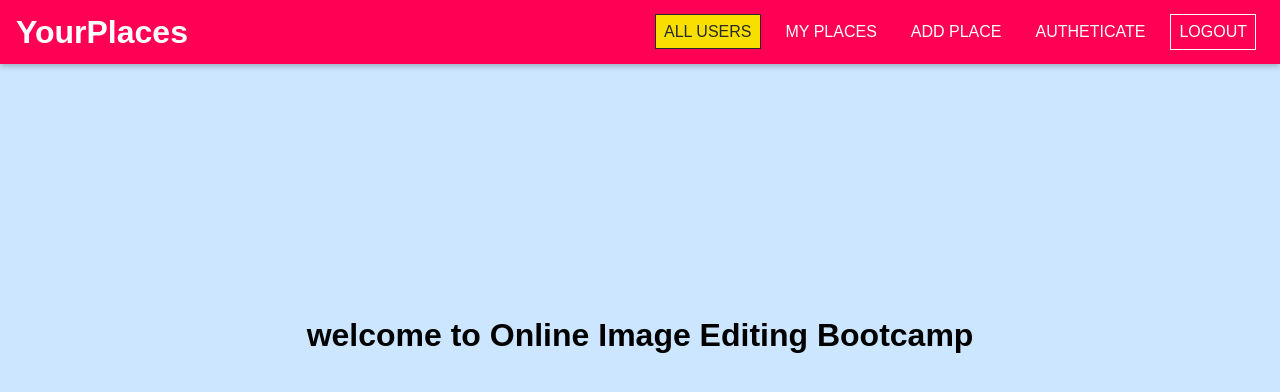
Repository: TanviSanyal/ImageEditingBootcamp
Page: /
These files come from the project's save history. The page is drawn as it stood at one moment and after the next save; the edit follows.
The browser window is 1280 px wide. The pictures show the whole page.
The project was rebuilt for these pictures with package versions that can differ from the ones it lists, and the page was loaded fresh each time. Also part of the build but not shown: src/shared/components/navigation/SideDrawer.css, src/shared/components/UIElements/Backdrop.css, src/shared/components/UIElements/Backdrop.js.

Above is the page before, as saved 2020-09-26 22:17:30.

### public/index.html
<!DOCTYPE html>
<html lang="en">
  <head>
    <meta charset="utf-8" />
    <link rel="icon" href="%PUBLIC_URL%/favicon.ico" />
    <meta name="viewport" content="width=device-width, initial-scale=1" />
    <meta name="theme-color" content="#000000" />
    <meta
      name="description"
      content="Web site created using create-react-app"
    />
    <link rel="apple-touch-icon" href="%PUBLIC_URL%/logo192.png" />
    <link rel="manifest" href="%PUBLIC_URL%/manifest.json" />
    <title>React App</title>
  </head>
  <body>
    <noscript>You need to enable JavaScript to run this app.</noscript>
    <div id="backdrop-hook"></div>
    <div id="modal-hook"></div>
    <div id="drawer-hook"></div>
    <div id="root"></div>
  </body>
</html>

### src/index.css
@import url('https://fonts.googleapis.com/css?family=Open+Sans:400,700&display=swap');

* {
  box-sizing: border-box;
}

html {
  font-family:Arial, Helvetica, sans-serif;
	font-weight:normal;
}

body {
  margin: 0;
  background: #cce6ff;
}

### src/App.js
import React from 'react';
import {
  BrowserRouter as Router,
  Route,
  Redirect,
  Switch
} from 'react-router-dom';
import './App.css'
import MainNavigation from '../src/shared/components/navigation/MainNavigation';


const App = () => {

  // <Switch>
  //   <Route path="/" exact>
  //     {/* <Users /> */}
  //   </Route>
  //   <Route path="/:userId/places" exact>
  //     {/* <UserPlaces /> */}
  //   </Route>
  //   <Route path="/places/new" exact>
  //     {/* <NewPlace /> */}
  //   </Route>
  //   <Route path='/places/:placeId'>
  //     {/* <UpdatePlace /> */}
  //   </Route>
  //   <Redirect to="/" />
  // </Switch>

  return (
    <Router>
      <MainNavigation />
      <main className="main-body">
        <h1 className="welcome-text">welcome to Online Image Editing Bootcamp</h1>
      </main>
    </Router>
  );
};

export default App;

### src/App.css
main {
  text-align: center;
  align-items: center;
  padding-top: 30vh;
}

### src/shared/components/navigation/MainNavigation.js
import React, { useState } from 'react';
import { Link } from 'react-router-dom';

import MainHeader from './MainHeader';
import NavLinks from './NavLinks';
import SideDrawer from './SideDrawer';
import Backdrop from '../UIElements/Backdrop';
import './MainNavigation.css';

const MainNavigation = props => {
  const [drawerIsOpen, setDrawerIsOpen] = useState(false);

  const openDrawerHandler = () => {
    setDrawerIsOpen(true);
  };

  const closeDrawerHandler = () => {
    setDrawerIsOpen(false);
  };

  return (
    <React.Fragment>
      {drawerIsOpen && <Backdrop onClick={closeDrawerHandler} />}
      <SideDrawer show={drawerIsOpen} onClick={closeDrawerHandler}>
        <nav className="main-navigation__drawer-nav">
          <NavLinks />
        </nav>
      </SideDrawer>

      <MainHeader>
        <button className="main-navigation__menu-btn" onClick={openDrawerHandler}>
          <span />
          <span />
          <span />
        </button>
        <h1 className="main-navigation__title">
          <Link to="/">YourPlaces</Link>
        </h1>
        <nav className="main-navigation__header-nav">
          <NavLinks />
        </nav>
      </MainHeader>
    </React.Fragment>
  );
};

export default MainNavigation;

### src/shared/components/navigation/MainHeader.js
import React from 'react';

import './MainHeader.css';

const MainHeader = props => {
  return <header className="main-header">{props.children}</header>;
};

export default MainHeader;

### src/shared/components/navigation/NavLinks.js
import React,{useContext} from 'react';
import './NavLinks.css';
import {NavLink} from 'react-router-dom';
// import {AuthContext} from '../../context/auth-context';

const NavLinks = props => {

    // const auth = useContext(AuthContext);
    return(
        <ul className="nav-links">
            <li>
                <NavLink to="/" exact>ALL USERS</NavLink>
            </li>
           <li>
                <NavLink to="/u1/places">MY PLACES</NavLink>
            </li>
           <li>
                <NavLink to="/places/new">ADD PLACE</NavLink>
            </li>
            <li>
                <NavLink to="/auth">AUTHETICATE</NavLink>
            </li>
             <li><button >LOGOUT</button></li>
        </ul>
    );
};

export default NavLinks;

### src/shared/components/navigation/MainNavigation.css
.main-navigation__menu-btn {
    width: 3rem;
    height: 3rem;
    background: transparent;
    border: none;
    display: flex;
    flex-direction: column;
    justify-content: space-around;
    margin-right: 2rem;
    cursor: pointer;
  }

  .main-navigation__menu-btn span {
    display: block;
    width: 3rem;
    height: 2.5px;
    background: white;
  }

  .main-navigation__title {
    color: white;
  }

  .main-navigation__title a {
    text-decoration: none;
    color: white;
  }

  .main-navigation__header-nav {
    display: none;
  }

  .main-navigation__drawer-nav {
    height: 100%;
  }

  @media (min-width: 768px) {
    .main-navigation__menu-btn {
      display: none;
    }

    .main-navigation__header-nav {
      display: block;
    }
  }

### src/shared/components/navigation/NavLinks.css
.nav-links {
    list-style: none;
    margin: 0;
    padding: 0;
    width: 100%;
    height: 100%;
    display: flex;
    flex-direction: column;
    justify-content: center;
    align-items: center;
  }

  .nav-links li {
    margin: 1rem;
  }

  .nav-links a {
    border: 1px solid transparent;
    color: #292929;
    text-decoration: none;
    padding: 0.5rem;
  }

  .nav-links a:hover,
  .nav-links a:active,
  .nav-links a.active {
    background: #f8df00;
    border-color: #292929;
    color: #292929;
  }

  .nav-links button {
    cursor: pointer;
    border: 1px solid #292929;
    color: #292929;
    background: transparent;
    padding: 0.5rem;
    font: inherit;
  }

  .nav-links button:focus {
    outline: none;
  }

  .nav-links button:hover,
  .nav-links button:active {
    background: #292929;
    color: white;
  }

  @media (min-width: 768px) {
    .nav-links {
      flex-direction: row;
    }

    .nav-links li {
      margin: 0 0.5rem;
    }

    .nav-links a {
      color: white;
      text-decoration: none;
    }

    .nav-links button {
      border: 1px solid white;
      color: white;
      background: transparent;
    }

    .nav-links button:hover,
    .nav-links button:active {
      background: #f8df00;
      color: #292929;
    }
  }

Loaded but not shown: src/index.js (common file); src/shared/components/navigation/SideDrawer.js (common file); src/shared/components/navigation/MainHeader.css (common file)

After the next save:
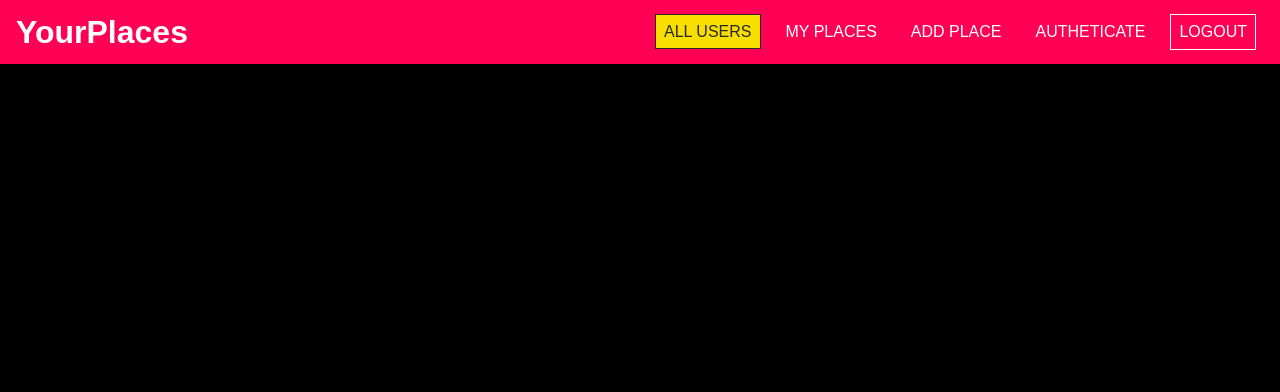
Saved 24 min 46 s later.
--- a/src/index.css
+++ b/src/index.css
@@ -11,5 +11,5 @@ html {
 
 body {
   margin: 0;
-  background: #cce6ff;
+  background: black;
 }
